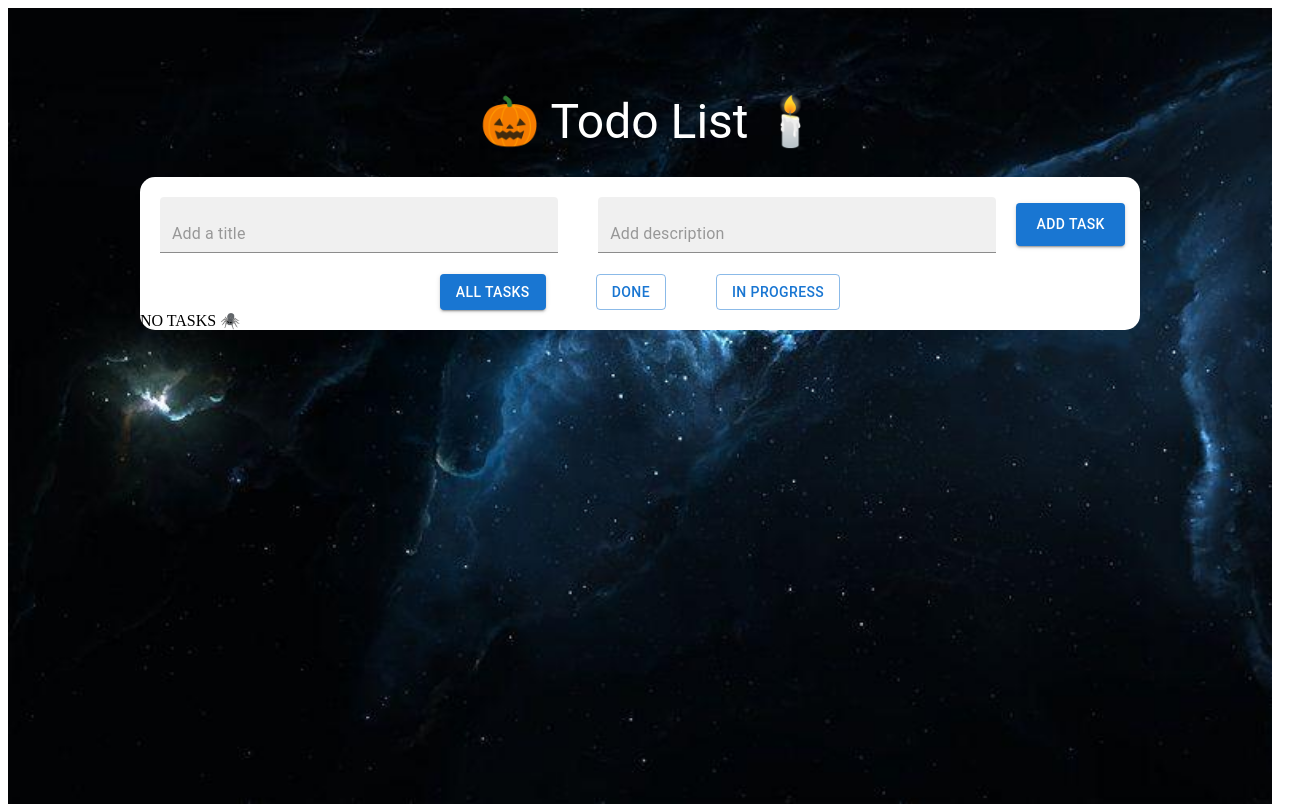
Repository: Tracy-maker/TodoList
Page: /
These files come from the project's save history. The page is drawn as it stood at one moment and after a run of saves; the edit follows.
The browser window is 1280 px wide. The page is 1292 px wide, so the pictures cover 1292 px, including what lies to the right of the window. The pictures show the whole page.
The project was rebuilt for these pictures with package versions that can differ from the ones it lists, and the page was loaded fresh each time. Also part of the build but not shown: src/components/TaskEdit.js, src/components/TaskShow.js.

Above is the page before, as saved 2023-09-21 08:01:59.

After the next 2 saves:
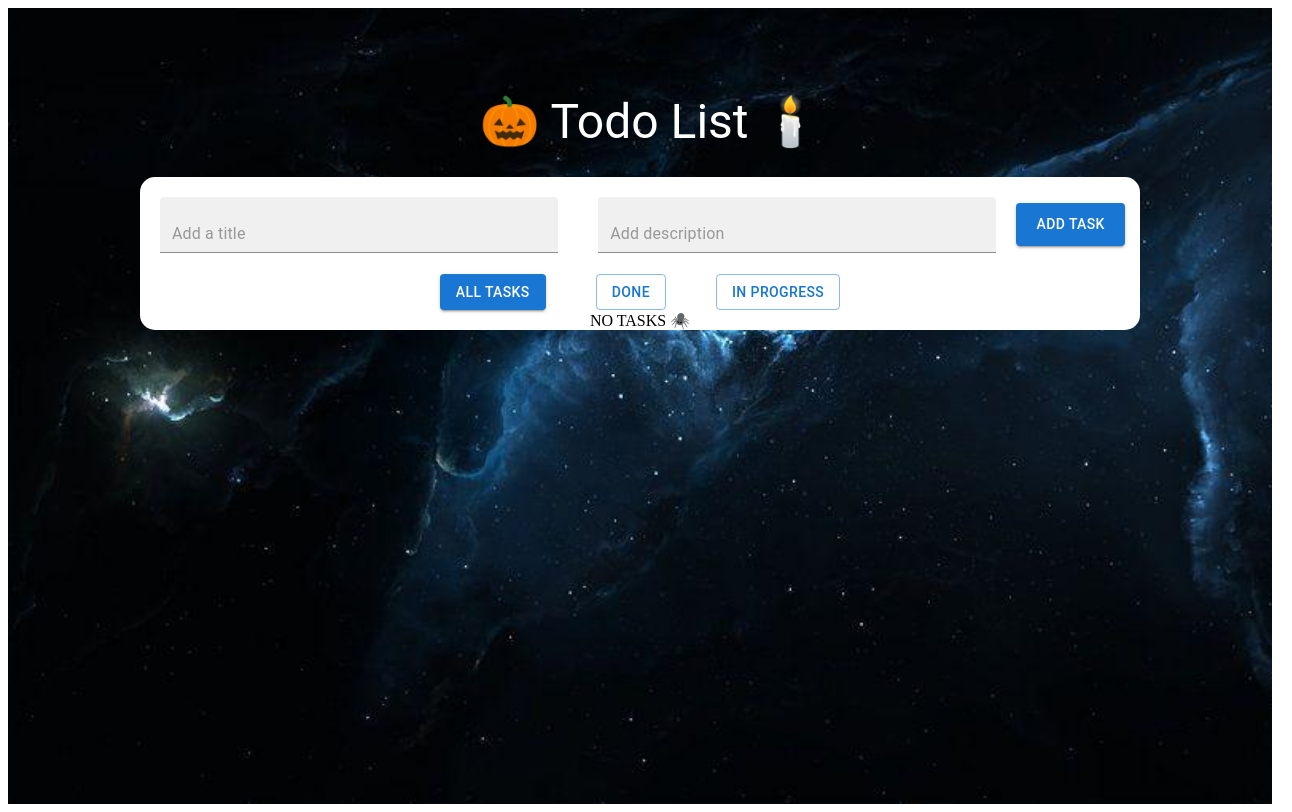
The 2 saves are shown as one change because they came seconds apart.
The last was saved 12 s later.
--- a/src/components/TaskList.js
+++ b/src/components/TaskList.js
@@ -4,7 +4,7 @@ import { Box } from "@mui/material";
 import styled from "styled-components";
 
 const Reminder = styled(Box)`
- justify-content: center;
+  text-align: center;
 `;
 
 function TaskList(props) {
